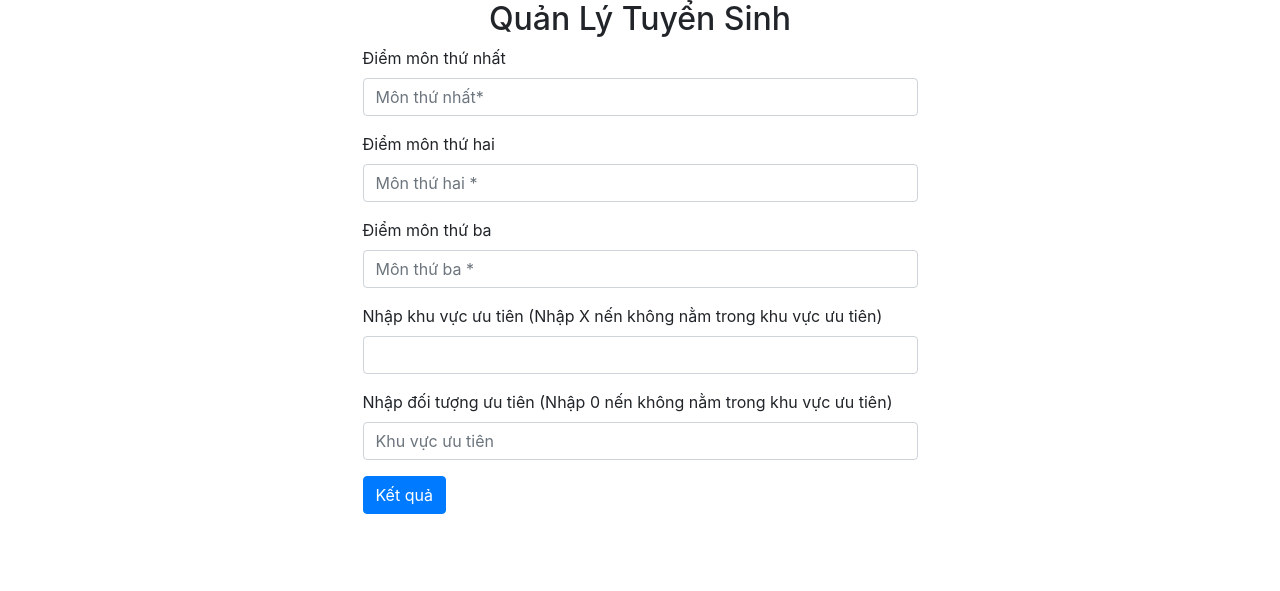
Repository: dovanthao2404/BC14_BaiTap_JS_Buoi_5_dovanthao
Page: html/bai1.html
The author's editor kept a copy of each file at every save. The page is drawn from the files as they stood at one save, then again after the next save.
The browser window is 1280 px wide. The pictures show the whole page.

Above is the page before, as saved 2021-07-03 21:01:40.

### html/bai1.html
<!DOCTYPE html>
<html lang="en">

<head>
  <meta charset="UTF-8">
  <meta http-equiv="X-UA-Compatible" content="IE=edge">
  <meta name="viewport" content="width=device-width, initial-scale=1.0">
  <title>Document</title>

  <link rel="stylesheet" href="https://cdn.jsdelivr.net/npm/bootstrap@4.6.0/dist/css/bootstrap.min.css"
    integrity="sha384-B0vP5xmATw1+K9KRQjQERJvTumQW0nPEzvF6L/Z6nronJ3oUOFUFpCjEUQouq2+l" crossorigin="anonymous">
</head>

<body>

  <div class="container">
    <div class="admissions-manager">
      <form class="w-50 mx-auto">
        <h2 class="text-center">Quản Lý Tuyển Sinh</h2>
        <div class="form-group">
          <label for="scores-1">Điểm môn thứ nhất</label>
          <input class="form-control" type="text" placeholder="Môn thứ nhất*" id="scores-1">
          <span class="text-danger"></span>
        </div>
        <div class="form-group">
          <label for="scores-2">Điểm môn thứ hai</label>
          <input class="form-control" type="text" placeholder="Môn thứ hai *" id="scores-2">
          <span></span>
        </div>
        <div class="form-group">
          <label for="scores-3">Điểm môn thứ ba</label>
          <input class="form-control" type="text" placeholder="Môn thứ ba *" id="scores-3">
          <span></span>
        </div>
        <div class="form-group">

        </div>
        <div class="form-group">
          <label for="areaScores">Nhập khu vực ưu tiên (Nhập X nến không nằm trong khu vực ưu tiên)</label>
          <input type="text" id="area" class="form-control">
          <span></span>
        </div>
        <div class="form-group">
          <label for="objectScores">Nhập đối tượng ưu tiên (Nhập 0 nến không nằm trong khu vực ưu tiên)</label>
          <input type="number" id="object" class="form-control" placeholder="Khu vực ưu tiên">
          <span></span>
        </div>
        <button id="result" type="button" class="btn btn-primary">Kết quả</button>
      </form>
      <div class="mt-3 w-50 mx-auto">
        <b id="showResult"></b>
      </div>
    </div>
  </div>
</body>

</html>

After the next save:
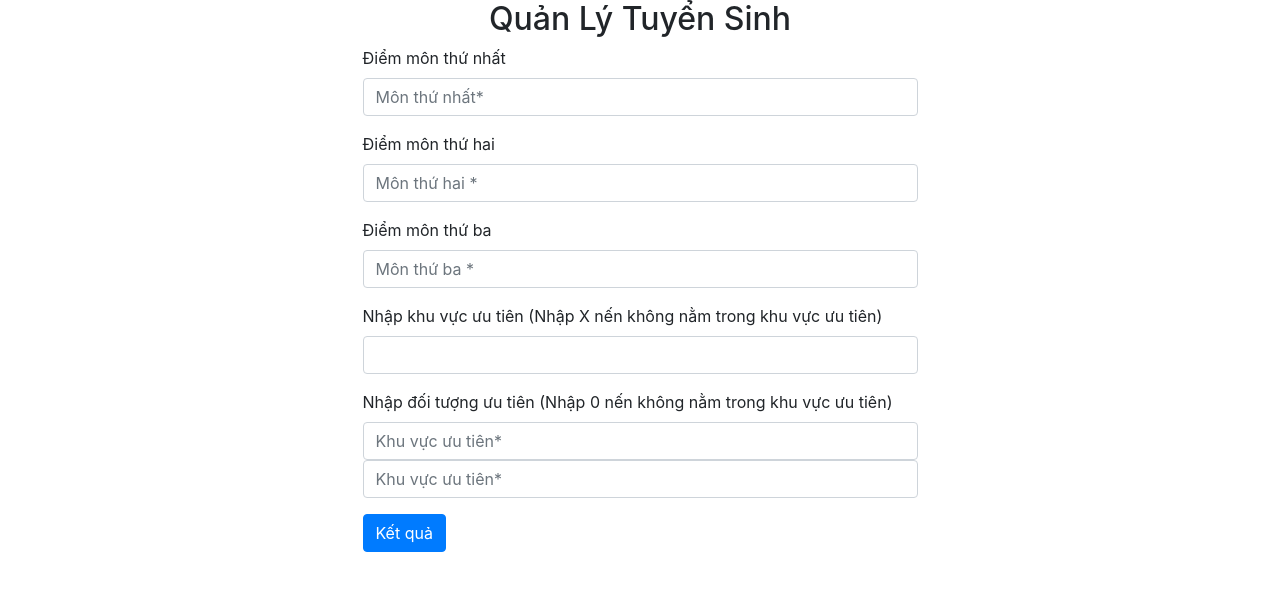
Saved 7 s later.
--- a/html/bai1.html
+++ b/html/bai1.html
@@ -42,7 +42,8 @@
         </div>
         <div class="form-group">
           <label for="objectScores">Nhập đối tượng ưu tiên (Nhập 0 nến không nằm trong khu vực ưu tiên)</label>
-          <input type="number" id="object" class="form-control" placeholder="Khu vực ưu tiên">
+          <input type="number" id="object" class="form-control" placeholder="Khu vực ưu tiên*">
+          <input type="number" id="object" class="form-control" placeholder="Khu vực ưu tiên*">
           <span></span>
         </div>
         <button id="result" type="button" class="btn btn-primary">Kết quả</button>

After the save that followed:
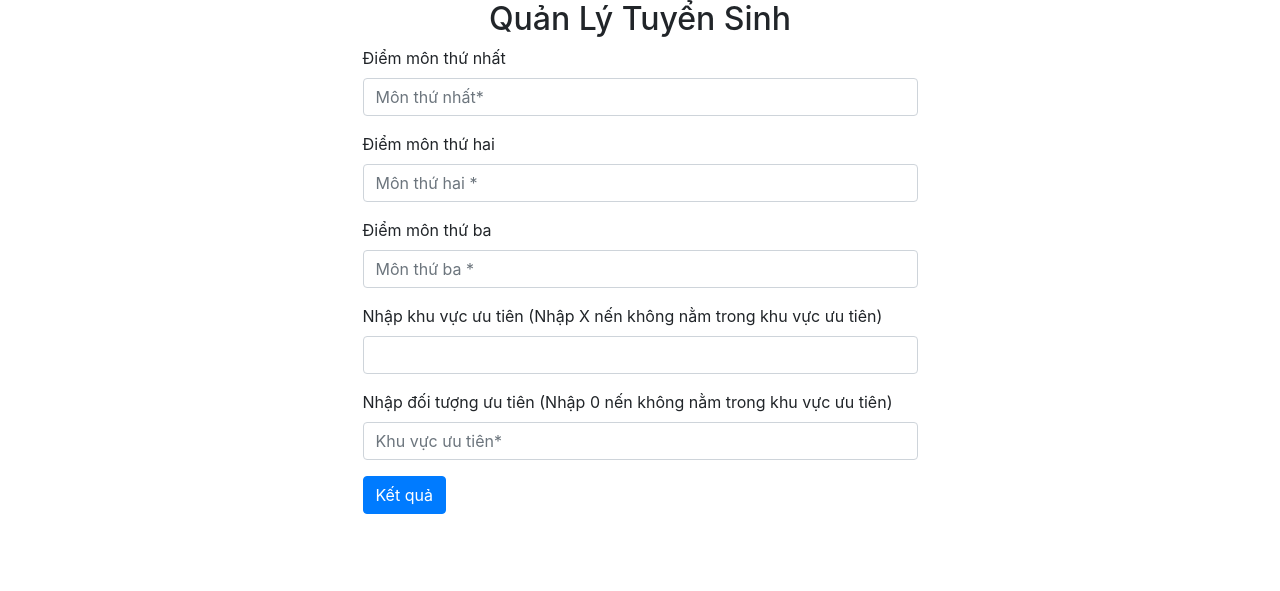
Saved 8 s later.
--- a/html/bai1.html
+++ b/html/bai1.html
@@ -43,7 +43,6 @@
         <div class="form-group">
           <label for="objectScores">Nhập đối tượng ưu tiên (Nhập 0 nến không nằm trong khu vực ưu tiên)</label>
           <input type="number" id="object" class="form-control" placeholder="Khu vực ưu tiên*">
-          <input type="number" id="object" class="form-control" placeholder="Khu vực ưu tiên*">
           <span></span>
         </div>
         <button id="result" type="button" class="btn btn-primary">Kết quả</button>
